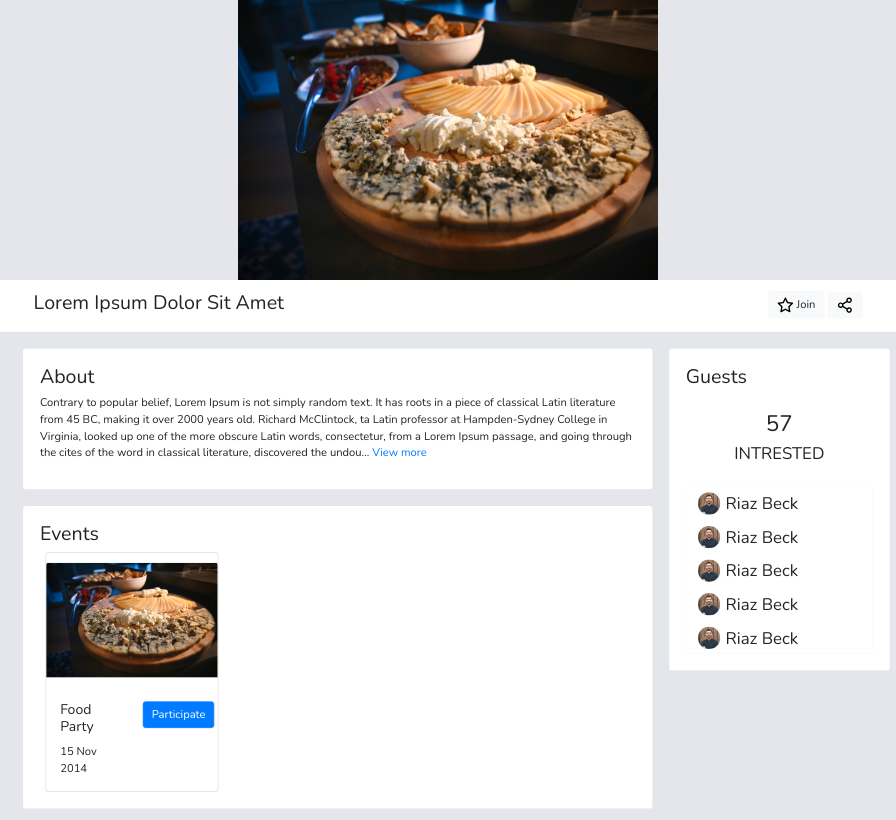
Repository: iamrachid/ensaevents
Page: club.html
These files come from the project's save history. The page is drawn as it stood at one moment and after the next save; the edit follows.
The browser window is 1280 px wide. The pictures show the whole page, at 70% of full size.

Above is the page before, as saved 2021-11-25 19:27:35.

After the next save:
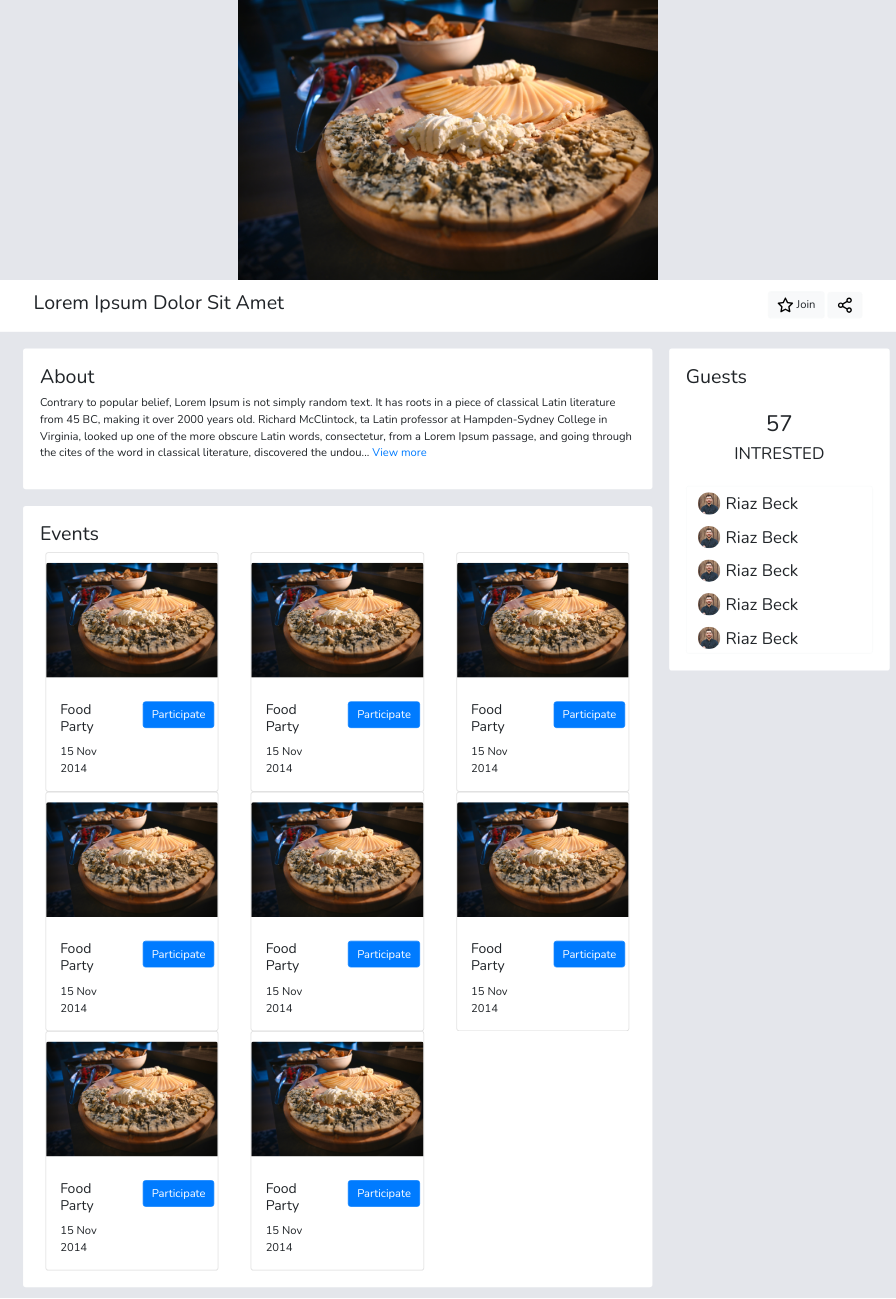
Saved 16 s later.
--- a/club.html
+++ b/club.html
@@ -123,6 +123,119 @@
                                 </div>
                             </div>
                         </div>
+                        <div class="col-12 col-sm-6 col-md-4">
+                            <div class="card rounded mx-0 mx-sm-1 mx-md-2">
+                                <div class="card-img-box">
+                                    <img class="card-img-top" src="assets/img/card-1.jpg" alt="Card image cap">
+                                </div>
+                                <div class="card-body row">
+                                    <div class="col-6">
+                                        <h5 class="card-title">Food Party</h5>
+                                        <p class="card-text">15 Nov 2014</p>
+                                    </div>
+                                    <div class="col-6 text-right">
+                                        <a href="#" class="btn btn-primary">Participate</a>
+                                    </div>
+                                </div>
+                            </div>
+                        </div>
+                        <div class="col-12 col-sm-6 col-md-4">
+                            <div class="card rounded mx-0 mx-sm-1 mx-md-2">
+                                <div class="card-img-box">
+                                    <img class="card-img-top" src="assets/img/card-1.jpg" alt="Card image cap">
+                                </div>
+                                <div class="card-body row">
+                                    <div class="col-6">
+                                        <h5 class="card-title">Food Party</h5>
+                                        <p class="card-text">15 Nov 2014</p>
+                                    </div>
+                                    <div class="col-6 text-right">
+                                        <a href="#" class="btn btn-primary">Participate</a>
+                                    </div>
+                                </div>
+                            </div>
+                        </div>
+                        <div class="col-12 col-sm-6 col-md-4">
+                            <div class="card rounded mx-0 mx-sm-1 mx-md-2">
+                                <div class="card-img-box">
+                                    <img class="card-img-top" src="assets/img/card-1.jpg" alt="Card image cap">
+                                </div>
+                                <div class="card-body row">
+                                    <div class="col-6">
+                                        <h5 class="card-title">Food Party</h5>
+                                        <p class="card-text">15 Nov 2014</p>
+                                    </div>
+                                    <div class="col-6 text-right">
+                                        <a href="#" class="btn btn-primary">Participate</a>
+                                    </div>
+                                </div>
+                            </div>
+                        </div>
+                        <div class="col-12 col-sm-6 col-md-4">
+                            <div class="card rounded mx-0 mx-sm-1 mx-md-2">
+                                <div class="card-img-box">
+                                    <img class="card-img-top" src="assets/img/card-1.jpg" alt="Card image cap">
+                                </div>
+                                <div class="card-body row">
+                                    <div class="col-6">
+                                        <h5 class="card-title">Food Party</h5>
+                                        <p class="card-text">15 Nov 2014</p>
+                                    </div>
+                                    <div class="col-6 text-right">
+                                        <a href="#" class="btn btn-primary">Participate</a>
+                                    </div>
+                                </div>
+                            </div>
+                        </div>
+                        <div class="col-12 col-sm-6 col-md-4">
+                            <div class="card rounded mx-0 mx-sm-1 mx-md-2">
+                                <div class="card-img-box">
+                                    <img class="card-img-top" src="assets/img/card-1.jpg" alt="Card image cap">
+                                </div>
+                                <div class="card-body row">
+                                    <div class="col-6">
+                                        <h5 class="card-title">Food Party</h5>
+                                        <p class="card-text">15 Nov 2014</p>
+                                    </div>
+                                    <div class="col-6 text-right">
+                                        <a href="#" class="btn btn-primary">Participate</a>
+                                    </div>
+                                </div>
+                            </div>
+                        </div>
+                        <div class="col-12 col-sm-6 col-md-4">
+                            <div class="card rounded mx-0 mx-sm-1 mx-md-2">
+                                <div class="card-img-box">
+                                    <img class="card-img-top" src="assets/img/card-1.jpg" alt="Card image cap">
+                                </div>
+                                <div class="card-body row">
+                                    <div class="col-6">
+                                        <h5 class="card-title">Food Party</h5>
+                                        <p class="card-text">15 Nov 2014</p>
+                                    </div>
+                                    <div class="col-6 text-right">
+                                        <a href="#" class="btn btn-primary">Participate</a>
+                                    </div>
+                                </div>
+                            </div>
+                        </div>
+                        <div class="col-12 col-sm-6 col-md-4">
+                            <div class="card rounded mx-0 mx-sm-1 mx-md-2">
+                                <div class="card-img-box">
+                                    <img class="card-img-top" src="assets/img/card-1.jpg" alt="Card image cap">
+                                </div>
+                                <div class="card-body row">
+                                    <div class="col-6">
+                                        <h5 class="card-title">Food Party</h5>
+                                        <p class="card-text">15 Nov 2014</p>
+                                    </div>
+                                    <div class="col-6 text-right">
+                                        <a href="#" class="btn btn-primary">Participate</a>
+                                    </div>
+                                </div>
+                            </div>
+                        </div>
+
                     </div>
                 </div>
             </div>
